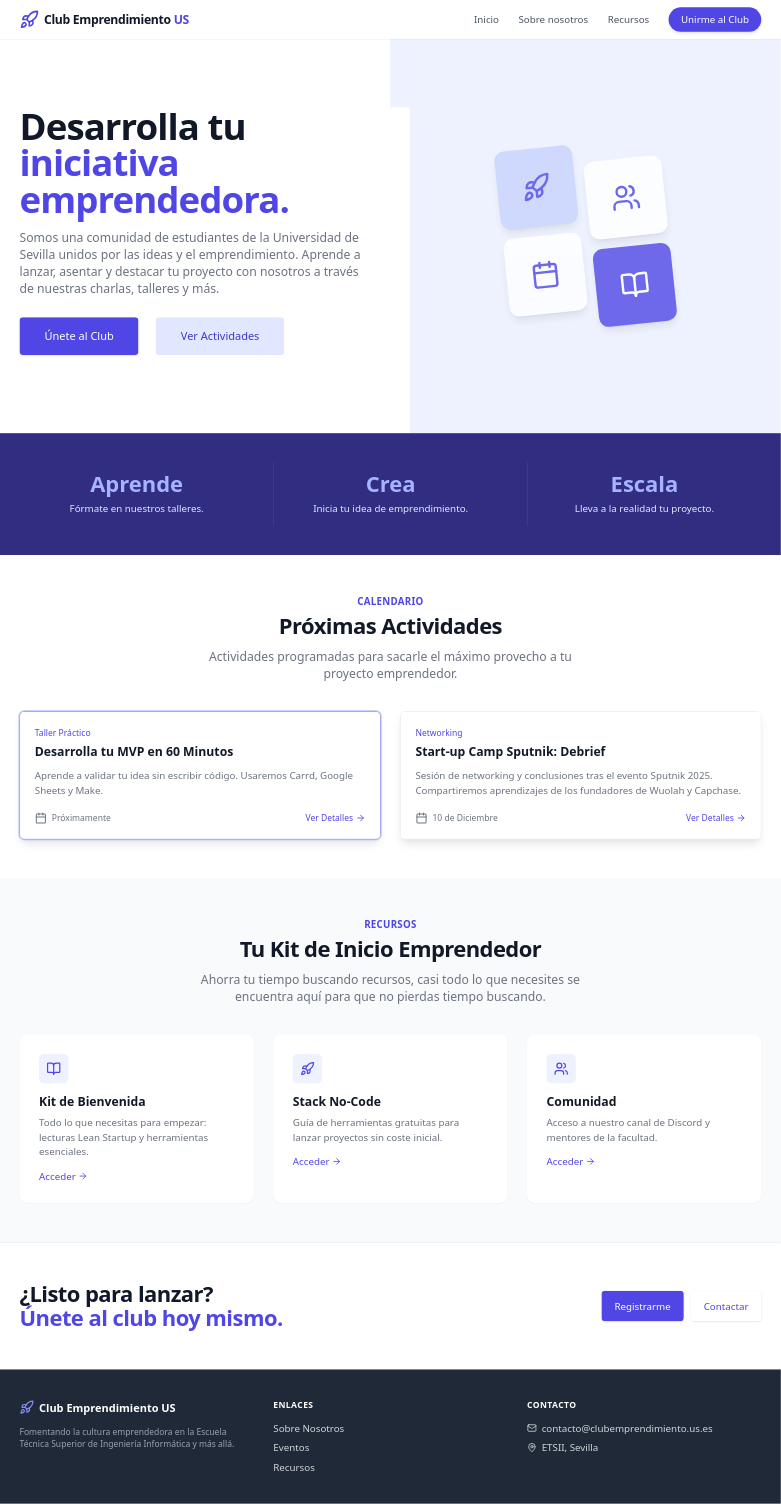
Repository: enerombar/club-emprendimiento-web
Page: /
These files come from the project's save history. The page is drawn as it stood at one moment and after the next save; the edit follows.
The browser window is 1280 px wide. The pictures show the whole page, at 61% of full size.
The project was rebuilt for these pictures with package versions that can differ from the ones it lists, and the page was loaded fresh each time. Also part of the build but not shown: vite.config.js.

Above is the page before, as saved 2025-12-08 00:20:35.

After the next save:
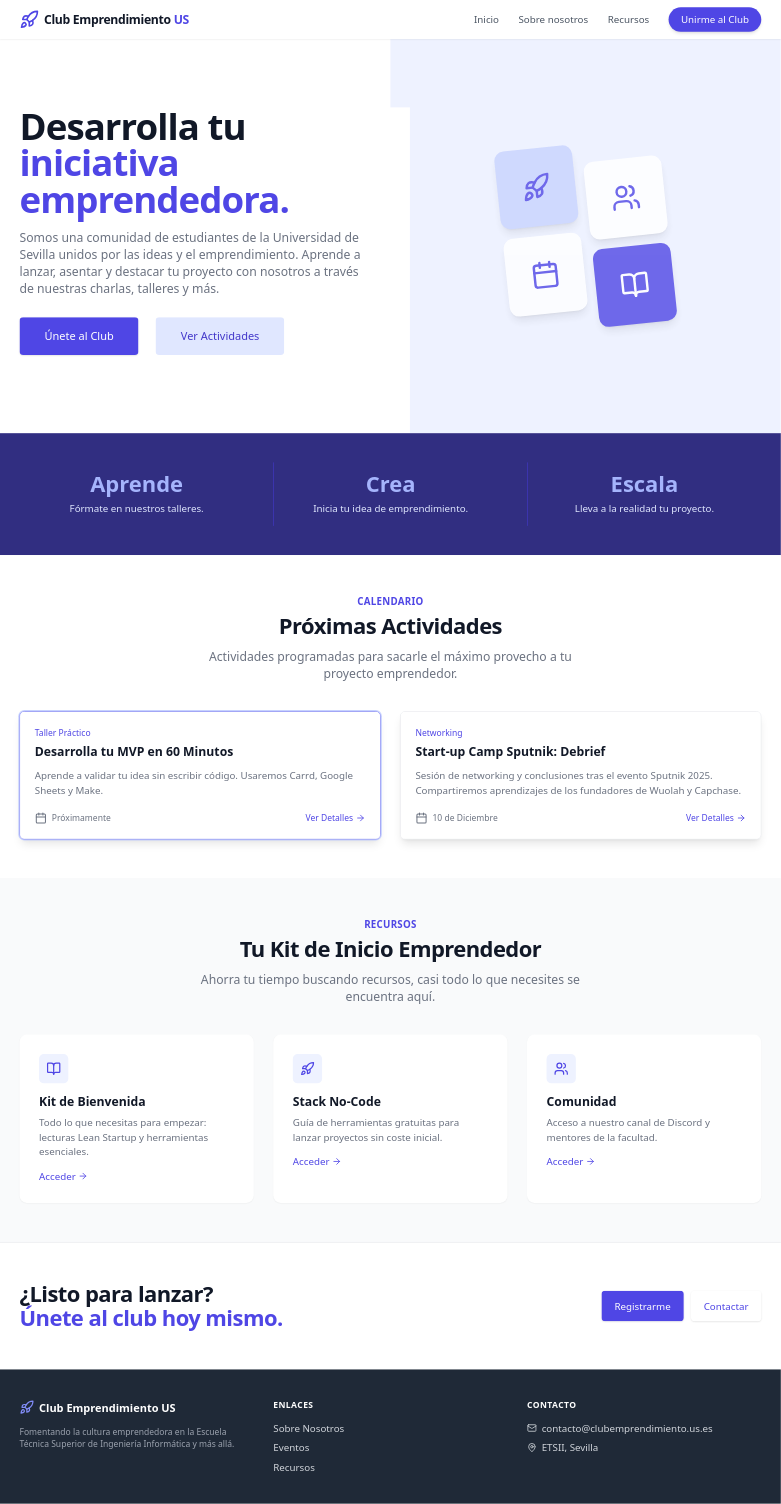
Saved 7 s later.
--- a/src/App.jsx
+++ b/src/App.jsx
@@ -332,7 +332,7 @@ const ClubEmprendimiento = () => {
               Tu Kit de Inicio Emprendedor
             </p>
             <p className="mt-4 max-w-2xl text-xl text-gray-500 lg:mx-auto">
-              Ahorra tu tiempo buscando recursos, casi todo lo que necesites se encuentra aquí para que no pierdas tiempo buscando.
+              Ahorra tu tiempo buscando recursos, casi todo lo que necesites se encuentra aquí.
             </p>
           </div>
 
